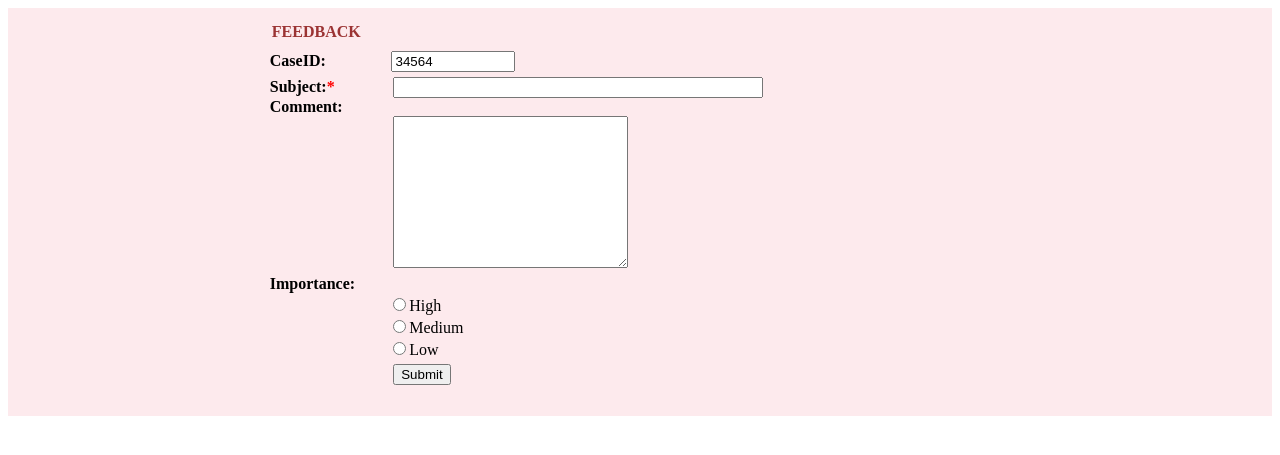
Repository: vRia4/INST728J-Victoria-Nathaniel
Page: Assignments/feedback.html
These files come from the project's save history. The page is drawn as it stood at one moment and after the next save; the edit follows.
The browser window is 1280 px wide. The pictures show the whole page.

Above is the page before, as saved 2023-07-25 11:37:35.

### Assignments/feedback.html
<html>
<head>
<title>Feedback</title>
<head>
    <style>
        .wrapper {
            background-color:rgb(253, 234, 237);
            padding: 15px;

        }

        .title {
            color:#9B3333;
            margin-left: 20%;
            margin-bottom: 10px;
            font-weight: bold;
        }

        label {
            margin-left: 20%;
            font-weight: bold;
        }

        input[type="num"] {
            width: 10%;
            margin-left: 5%;
        }

        input[type="class"] {
            width: 30%;
            margin-left: 4.4%;
            margin-top: 5px;
        }

        textarea {
            width: 19%;
            margin-left: 30%;
            padding: 0px;
            margin-bottom: 7px;
        }

        input[type="radio"], input[type="submit"]{
        margin-left: 30%;
        margin-top: 5px;
        }

    </style>
</head>
<body>
    <div class="wrapper">
        <legend class="title">FEEDBACK</legend>

        <form name="myFirstForm" method="post" action="ThankYou.html">
            <label for="caseID" > CaseID: </label>
	        <input type="num" value="34564"><br>

            <label for="subject">Subject:<span style="color: red;">*</label>
            <input type="class" placeholder=" "> </br>

            <!-- <div> -->
                <label for="comment"> Comment: </label> </br>
                <textarea id="comment" name="comment" rows="10" cols="30"></textarea> </br>
            <!-- </div> -->

            <label for="importance"> Importance:</label><br>
            <input type="radio" name="value">High </br>
            <input type="radio" name="value">Medium </br>
            <input type="radio" name="value">Low </br>

            <div>
                <input type="submit" value="Submit">
            </div>
        </form>
    </div>

</body>
</html>

After the next save:
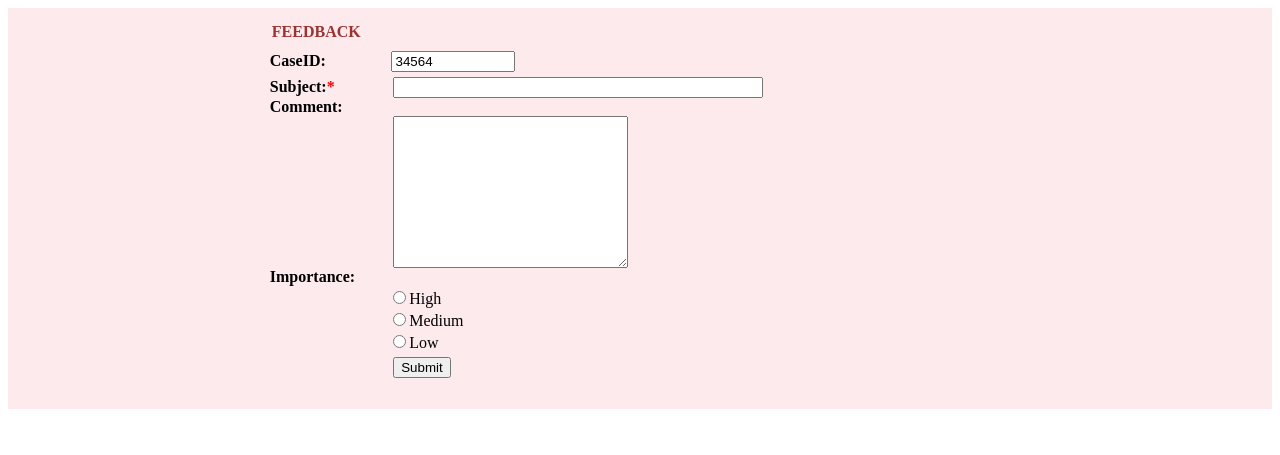
Saved 6 s later.
--- a/Assignments/feedback.html
+++ b/Assignments/feedback.html
@@ -36,7 +36,7 @@
             width: 19%;
             margin-left: 30%;
             padding: 0px;
-            margin-bottom: 7px;
+            margin-bottom: 0px;
         }
 
         input[type="radio"], input[type="submit"]{
